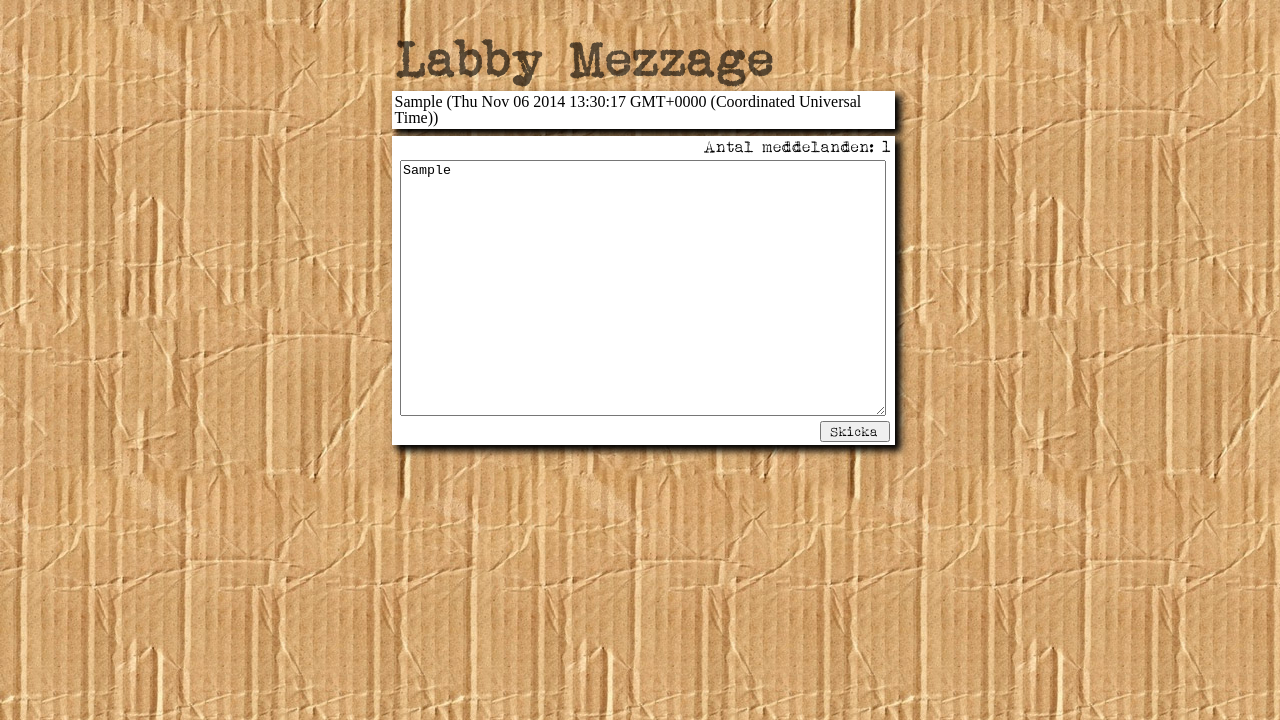
Repository: mw222rs/1dv403-laborationer
Page: 2-labbymezzage/index.html
The author's editor kept a record of every edit. The page is drawn from the files as they stood at one moment, then again after the next edit.
The browser window is 1280 px wide. The pictures show the whole page.
Empty fields were first filled with sample values (such as "Sample", 5 or name@example.com).
After loading, the first visible `#send` was clicked once.

Above is the page before.

### 2-labbymezzage/index.html
<!DOCTYPE html>
<html lang="sv">
<head>
	<meta charset="UTF-8" />
	<link rel="stylesheet" type="text/css" href="css/style.css" media="screen, projection, handheld">
	<title>Labby Mezzage</title>
	<script src="script/main.js"></script>
	<script src="script/message.js"></script>
</head>
    <body>
        <div id="page">
            <h1>Labby Mezzage</h1>
            <div class="messageText"></div>

            <div id="board">
                <p id="counter"></p>
                <form>
         			<textarea name="text" placeholder="Vänligen skriv ditt meddelande här." id="textArea"></textarea><input id="send" type="submit" value="Skicka" />
         			<p id="value"></p>
        		</form>
            </div><!-- /end #board tag -->
        </div><!-- /end #page tag -->
    </body>
</html>

### 2-labbymezzage/css/style.css
/* Start CSS-Reset */

/* http://meyerweb.com/eric/tools/css/reset/
   v2.0 | 20110126
   License: none (public domain)
*/

html, div, span, applet, object, iframe,
h2, h3, h4, h5, h6, p, blockquote, pre,
a, abbr, acronym, address, big, cite, code,
del, dfn, em, img, ins, kbd, q, s, samp,
small, strike, strong, sub, sup, tt, var,
b, u, i, center,
dl, dt, dd, ol, ul, li,
fieldset, form, label, legend,
table, caption, tbody, tfoot, thead, tr, th, td,
article, aside, canvas, details, embed,
figure, figcaption, footer, header, hgroup,
menu, nav, output, ruby, section, summary,
time, mark, audio, video {
	margin: 0;
	padding: 0;
	border: 0;
	font-size: 100%;
	font: inherit;
	vertical-align: baseline;
}
/* HTML5 display-role reset for older browsers */
article, aside, details, figcaption, figure,
footer, header, hgroup, menu, nav, section {
	display: block;
}
body {
	line-height: 1;
}
ol, ul {
	list-style: none;
}
blockquote, q {
	quotes: none;
}
blockquote:before, blockquote:after,
q:before, q:after {
	content: '';
	content: none;
}
table {
	border-collapse: collapse;
	border-spacing: 0;
}

/* End of CSS-Reset */

@font-face {
    font-family: typewriter;
    src: url( 'Albertsthal_Typewriter.ttf' );
}
body {
    background: #DBDBD6;
	background-image: url(10.jpg);
    padding: 0px;
}
h1 {
	color: rgba(0, 0, 0, 0.6);
    font-family: typewriter;
    font-size: 50px;
    padding-left: 5px;
    margin-bottom: 0;
}
#page {
	margin: 20px auto 20px;
	width: 497px;
}
.messageText p {
	background: #FFF;
	width: 100%;
	margin-top: 7px;
	padding: 3px;
	box-shadow: 5px 5px 7px 1px #000;
}
#board {
	background: #FFF;
	width: 100%;
	margin-top: 7px;
	padding: 3px;
	box-shadow: 5px 5px 7px 1px #000;
}
#counter {
	text-align: right;
	font-family: typewriter;
}
textarea {
	display: block;
	margin: 5px auto;
	width: 480px;
	height: 250px;
}
input[type="submit"] {
	font-family: typewriter;
	margin-left: 425px;
	width: 70px;
}

### 2-labbymezzage/script/main.js
"use strict";

var labbyMezzage = {

    messages: [],
    count: 0,

    init:function()
    {
    var div = document.querySelector(".messageText");
	var input = document.querySelector("#textArea");
	var submit = document.querySelector("#send");
	var counter = document.querySelector("#counter");

	counter.innerHTML = "Inga meddelanden att visa.";

	submit.addEventListener("click", function(e){
		e.preventDefault();

		labbyMezzage.createMessage(input.value);

		var htmlStr = "";

		labbyMezzage.messages.forEach(function(message){
		    htmlStr += "<p>"+message+"</p>";
		});

		counter.innerHTML = "Antal meddelanden: "+labbyMezzage.count;
		div.innerHTML = htmlStr;

	});

    },
    createMessage: function(input)
    {
        var createdMessage = new Message(input, new Date());

        this.messages.push(createdMessage);
        this.count = this.messages.length;

        return this.messages;
    }
};

window.onload = labbyMezzage.init;

### 2-labbymezzage/script/message.js
"use strict";

function Message(message, date){

    this._text = message;

    this._date = date;

    this.getText = function(){
        message = message.replace(/(\n)/g, "<br>");
        return message;
    }

    this.setText = function(_text){
        message = _text;
    }

    this.getDate = function(num){

        return (num === 0) ? date.getFullYear()+"-"+(date.getMonth()+1)+"-"+date.getDate() : date;
    }

    this.setDate = function(_date){
        date = _date;
    }
}


Message.prototype.toString = function(){
    return this.getText()+" ("+this.getDate()+") ";
};

Message.prototype.getHTMLText = function(){
    return "<p>"+this.getText()+"<p class=\"date\">"+this.getDate(simple)+"</p>"+"</p>"
};

After the next edit:
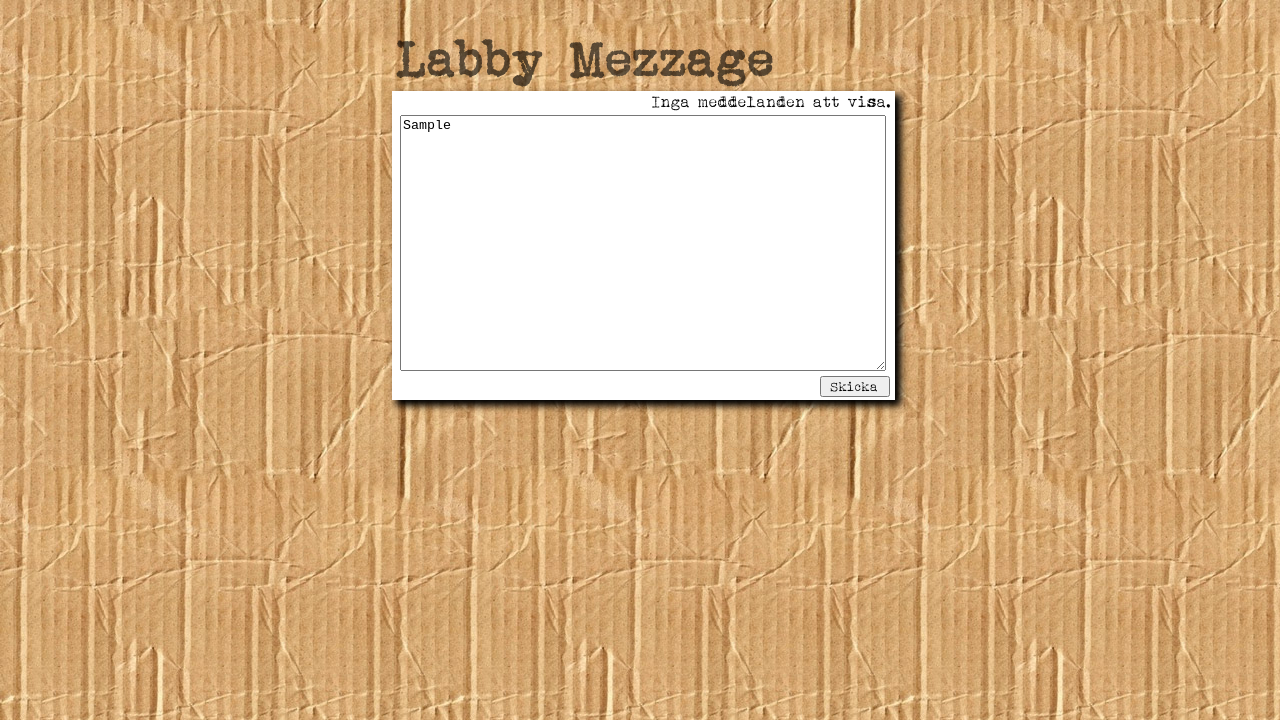
Console error: ReferenceError: simple is not defined
The edit:
--- a/2-labbymezzage/script/main.js
+++ b/2-labbymezzage/script/main.js
@@ -22,7 +22,7 @@
 		var htmlStr = "";
 
 		labbyMezzage.messages.forEach(function(message){
-		    htmlStr += "<p>"+message+"</p>";
+		    htmlStr += message.getHTMLText();
 		});
 
 		counter.innerHTML = "Antal meddelanden: "+labbyMezzage.count;
